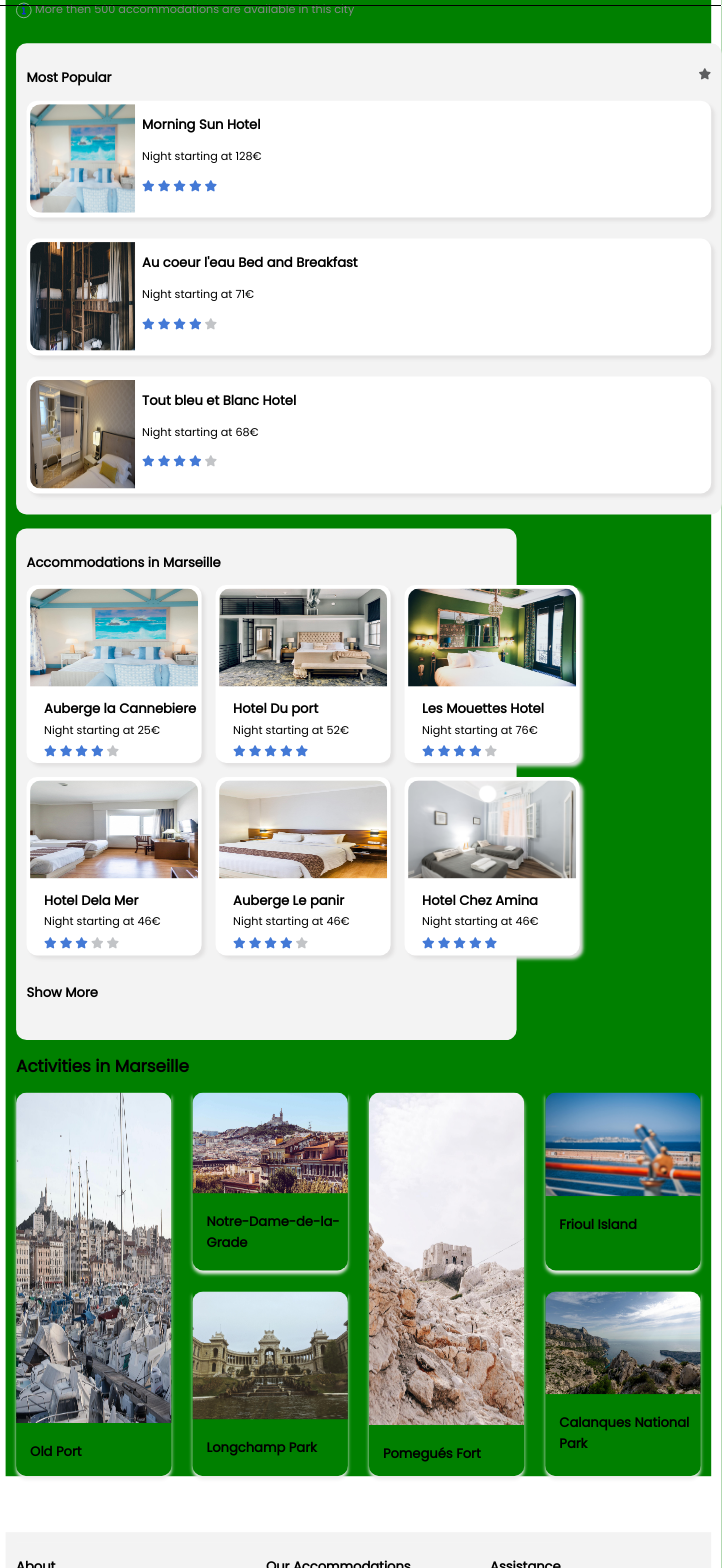
Repository: ailahin/booki
Page: index.html
An editor plug-in stored every save of this project. The page is shown before and after the next save, followed by the edit.
The browser window is 1024 px wide. The page is 1031 px wide, so the pictures cover 1031 px, including what lies to the right of the window. The pictures show the part of the page from y = 357 to 2597 px (the page is 2774 px tall), at 70% of full size.
Some web fonts or font styles are not loaded; a fallback is used. Some web libraries are served in a nearby version.

Above is the page before, as saved 2023-07-19 03:33:03.

### index.html
<!DOCTYPE html>
<html lang="en">
<head>
    <meta charset="UTF-8">
    <meta http-equiv="X-UA-Compatible" content="IE=edge">
    <meta name="viewport" content="width=device-width, initial-scale=1.0">
    <title>Booki</title>
    <link rel="stylesheet" href="css/index.css">
    <link rel="stylesheet" href="https://fonts.googleapis.com/css?family=Poppins|Sofia|Trirong">

    <!-- Google fronts -->
    <link rel="preconnect" href="https://fonts.googleapis.com">
    <link rel="preconnect" href="https://fonts.gstatic.com" crossorigin>
    <link href="https://fonts.googleapis.com/css2?family=Poppins&display=swap" rel="stylesheet">

    <script src="https://kit.fontawesome.com/a5dfdf2455.js" crossorigin="anonymous"></script>

</head>
<body>
    <header class="body">
        <nav>
            <div class="navbar">
                <div class="booki">
                    <img src="images/logo/Booki.png" alt="">
                </div>

                <div class="nav-flex">
                    <div id="nav-accommodation-text">
                        <a href="">Accommodations</a>
                     </div>
                     <div id="nav-activities-text" class="activities">
                         <a href=""> Activities</a>
                     </div>
               </div>
            </div>
        </nav>
    </header>

   <main class="body">
    <section>
        <div>
            <h3 class="dream-vacation">Find  a place for your dream vacation</h3>
        <p class="downtown"> Downtown or in nature</p>
        </div>

        <div class="search-bar">
            <div class="search-icon"> <i class="fa-solid fa-location-dot"></i> </div>
            <div class="search-place">
                <div class="placeholder">
                <input type="search" name="marseille, France" placeholder="Marseille, France" id="marseille">
            </div>
        </div>
            <div class="search-btn">Search</div>
        </div>

        <div>
            <div class="filters-bar">


                <div class="filters">
                    <div class="filters-text">
                        <H4>Filters</H4>
                    </div>
                    <div class="cost">
                        <div class="filters-icon"> <i class="fa-solid fa-money-bill-wave" style="color: #192fd7;"></i></div>
                        <div class="icon">Low cost</div>
                    </div>

                       <div class="cost">
                        <div class="filters-icon"> <i class="fa-solid fa-person" style="color: #192fd7;"></i></div>
                        <div class="icon">Family Friendly</div>
                       </div>

                       <div class="cost">
                        <div class="filters-icon"> <i class="fa-solid fa-heart" style="color: #192fd7;"></i></div>
                        <div class="icon">Romantic</div>
                       </div>

                       <div class="cost">
                        <div class="filters-icon"> <i class="fa-solid fa-dog" style="color: #192fd7;"></i></div>
                        <div class="icon">Pets Allowed</div>
                       </div>


                </div>
            </div>

           <div>
            <div class="info">
                <div >
                    <i class="fa-solid fa-info" style="color: #192fd7;"></i>
                </div>

                <div>
                    <p> More then 500 accommodations are available in this city</p>
                </div>
            </div>
           </div>
        </div>


    </section>
    <section class="accomodations-details">

        <section class="all-accomodations" >

            <div>
                <h3>Accommodations in Marseille</h3>
            </div>

            <div class="all-accomodations-details">

                <div class="details-container">
                    <div>
                        <img src="images/hebergements/2_large/annie-spratt-Eg1qcIitAuA-unsplash.jpg" alt="">

                    </div>
                    <div class="details-text">
                        <h3>
                            Auberge la Cannebiere
                        </h3>
                        <div>
                            <p>
                                Night starting at 25€
                            </p>
                        </div>
                        <div>
                            <i class="fa-solid fa-star" style="color: #4379d6;"></i>
                            <i class="fa-solid fa-star" style="color: #4379d6;"></i>
                            <i class="fa-solid fa-star" style="color: #4379d6;"></i>
                            <i class="fa-solid fa-star" style="color: #4379d6;"></i>
                            <i class="fa-solid fa-star" style="color: #c2c4c7;"></i>
                        </div>
                    </div>
                </div>

                <div class="details-container">
                    <div><img src="images/hebergements/2_large/aw-creative-VGs8z60yT2c-unsplash.jpg" alt=""></div>
                    <div class="details-text">
                        <h3>Hotel Du port </h3>

                        <div>
                            <p>   Night starting at 52€ </p>
                        </div>
                        <div>
                            <i class="fa-solid fa-star" style="color: #4379d6;"></i>
                            <i class="fa-solid fa-star" style="color: #4379d6;"></i>
                            <i class="fa-solid fa-star" style="color: #4379d6;"></i>
                            <i class="fa-solid fa-star" style="color: #4379d6;"></i>
                            <i class="fa-solid fa-star" style="color: #4379d6;"></i>

                        </div>
                    </div>
                </div>
                <div class="details-container">
                    <div><img src="images/hebergements/2_large/emile-guillemot-Bj_rcSC5XfE-unsplash.jpg" alt=""></div>
                    <div class="details-text">
                        <h3> Les Mouettes Hotel</h3>

                        <div>
                            <p>
                                Night starting at 76€
                            </p>
                            <div>
                                <i class="fa-solid fa-star" style="color: #4379d6;"></i>
                                <i class="fa-solid fa-star" style="color: #4379d6;"></i>
                                <i class="fa-solid fa-star" style="color: #4379d6;"></i>
                                <i class="fa-solid fa-star" style="color: #4379d6;"></i>
                                <i class="fa-solid fa-star" style="color: #c2c4c7;"></i>
                            </div>
                        </div>
                    </div>
                </div>
                <div class="details-container">
                    <div><img src="images/hebergements/2_large/febrian-zakaria-M6S1WvfW68A-unsplash.jpg" alt=""></div>

                    <div class="details-text">
                        <h3>
                                Hotel Dela Mer
                        </h3>
                        <div>
                            <p> Night starting at 46€</p>
                        </div>
                        <div>
                            <i class="fa-solid fa-star" style="color: #4379d6;"></i>
                            <i class="fa-solid fa-star" style="color: #4379d6;"></i>
                            <i class="fa-solid fa-star" style="color: #4379d6;"></i>

                            <i class="fa-solid fa-star" style="color: #c2c4c7;"></i>
                            <i class="fa-solid fa-star" style="color: #c2c4c7;"></i>
                        </div>
                    </div>
                </div>
                <div class="details-container">
                    <div><img src="images/hebergements/2_large/febrian-zakaria-sjvU0THccQA-unsplash.jpg" alt=""></div>

                    <div class="details-text">
                        <h3>Auberge Le panir</h3>
                    </div>
                    <div class="details-text">
                        <p > Night starting at 46€ </p>
                    </div>
                    <div class="details-text">
                        <i class="fa-solid fa-star" style="color: #4379d6;"></i>
                        <i class="fa-solid fa-star" style="color: #4379d6;"></i>
                        <i class="fa-solid fa-star" style="color: #4379d6;"></i>
                        <i class="fa-solid fa-star" style="color: #4379d6;"></i>

                        <i class="fa-solid fa-star" style="color: #c2c4c7;"></i>

                    </div>


                </div>
                <div class="details-container">
                    <div><img src="images/hebergements/2_large/fred-kleber-gTbaxaVLvsg-unsplash.jpg" alt=""></div>

                    <div class="details-text">
                        <h3>Hotel Chez Amina</h3>
                        <div>
                            <p>Night starting at 46€</p>
                        </div>
                        <div>
                            <i class="fa-solid fa-star" style="color: #4379d6;"></i>
                            <i class="fa-solid fa-star" style="color: #4379d6;"></i>
                            <i class="fa-solid fa-star" style="color: #4379d6;"></i>
                            <i class="fa-solid fa-star" style="color: #4379d6;"></i>
                            <i class="fa-solid fa-star" style="color: #4379d6;"></i>

                        </div>
                    </div>


                </div>


            </div>

            <div class="show-more">
                <h3>Show More</h3>
            </div>

        </section>

        <section class="most-popular">

            <div class="most-popular-icon">
                <h3>
                    Most Popular
                </h3>
                <p>
                    <i class="fa-solid fa-star" style="color: #5d5e60" > </i>
                </p>


            </div>

            <div class="most-popular-details">
                <div class="popular-details-container">
                    <div>
                        <img src="images/hebergements/2_large/annie-spratt-Eg1qcIitAuA-unsplash.jpg" alt="">
                    </div>
                    <div class="popular-details-text">
                        <h3>Morning Sun Hotel</h3>
                        <p>Night starting at 128€</p>
                        <div>
                            <div>
                                <i class="fa-solid fa-star" style="color: #4379d6;"></i>
                                <i class="fa-solid fa-star" style="color: #4379d6;"></i>
                                <i class="fa-solid fa-star" style="color: #4379d6;"></i>
                                <i class="fa-solid fa-star" style="color: #4379d6;"></i>
                                <i class="fa-solid fa-star" style="color: #4379d6;"></i>

                            </div>
                        </div>
                    </div>
                </div>
                <div class="popular-details-container" >
                    <div>
                        <img src="images/hebergements/2_large/nicate-lee-kT-ZyaiwBe0-unsplash.jpg" alt="">
                    </div>
                    <div class="popular-details-text">
                        <h3>Au coeur l'eau Bed and Breakfast</h3>
                        <p>Night starting at 71€</p>
                        <div>
                            <i class="fa-solid fa-star" style="color: #4379d6;"></i>
                            <i class="fa-solid fa-star" style="color: #4379d6;"></i>
                            <i class="fa-solid fa-star" style="color: #4379d6;"></i>
                            <i class="fa-solid fa-star" style="color: #4379d6;"></i>
                            <i class="fa-solid fa-star" style="color: #c2c4c7;"></i>

                        </div>
                    </div>
                </div>
                <div class="popular-details-container">
                    <div>
                        <img src="images/hebergements/2_large/reisetopia-B8WIgxA_PFU-unsplash.jpg" alt="">
                    </div>
                    <div class="popular-details-text">
                        <h3>Tout bleu et Blanc Hotel</h3>
                        <p>Night starting at 68€</p>
                        <div>
                            <i class="fa-solid fa-star" style="color: #4379d6;"></i>
                            <i class="fa-solid fa-star" style="color: #4379d6;"></i>
                            <i class="fa-solid fa-star" style="color: #4379d6;"></i>
                            <i class="fa-solid fa-star" style="color: #4379d6;"></i>
                            <i class="fa-solid fa-star" style="color: #c2c4c7;"></i>

                        </div>
                    </div>
                </div>

            </div>



        </section>

    </section>

    <section>
        <div>
            <h1> Activities in Marseille</h1>
        </div>
        <div>
            <div class="activites-images">
                <div class="activites-container" id="one">
                  <div>
                    <img src="images/activites/2_large/reno-laithienne-QUgJhdY5Fyk-unsplash.jpg " alt="">
                  </div>

                  <div class="text-container">
                    <h3>Old Port</h3>
                </div>
                </div>
                <div class="activites-container" id="two">
                    <div>
                        <img src="images/activites/2_large/florian-wehde-xW9e8gdotxI-unsplash.jpg" alt="">
                    </div>
                    <div class="text-container">
                        <h3>Notre-Dame-de-la-Grade</h3>
                    </div>
                </div>
                <div  class="activites-container" id="three">
                    <div>
                        <img src="images/activites/2_large/lena-paulin-wH2-EJoDcV0-unsplash.jpg" alt="">
                    </div>
                    <div class="text-container">
                        <h3>Longchamp Park </h3>
                    </div>
                 </div>
                <div class="activites-container" id="four">
                    <div>
                        <img src="images/activites/2_large/paul-hermann-QFTrLdQIRhI-unsplash.jpg" alt="">
                    </div>

                    <div class="text-container">
                        <h3>Pomegués Fort</h3>
                    </div>
                </div>
                <div class="activites-container" id="five">
                   <div>
                    <img src="images/activites/2_large/kevin-hikari-rV_Qd1l-VXg-unsplash.jpg " alt="">
                   </div>
                   <div class="text-container">
                    <h3> Frioul Island </h3>
                   </div>
                </div>
                <div class="activites-container" id="six">
                    <div>
                        <img src="images/activites/2_large/kilyan-sockalingum-NR8-cBCN3aI-unsplash.jpg" alt="">
                    </div>

                    <div class="text-container">
                        <h3>Calanques National Park</h3>
                    </div>
                </div>
            </div>
        </div>
    </section>
   </main>

    <footer class="footer-main">
        <section>
            <div class="footer">
                <div class="about">
                    <h3> About</h3>
                    <p> Site Map</p>
                    <p>General Terms and Conditions  </p>
                    <p>Data and Privacy </p>


                </div>
                <div class="accommodations">
                    <h3> Our Accommodations</h3>
                    <p>Quality Assistant</p>
                    <p>You have a hotel ?</p>

                </div>

                <div class="assistance">
                        <h3>
                            Assistance
                        </h3>

                        <p>Help Desk</p>
                        <p>Contact Us</p>
                </div>
            </div>
        </section>

    </footer>

</body>
</html>

### css/index.css
.body{
    font-family: "poppins", sans-serif;
    padding-left: 15px;
    padding-right: 15px;
}
.navbar{
    display: flex;
    flex-direction: row;
    justify-content:space-between;
    align-items: center;
}

.nav-flex{
    display:flex;
    padding-left: 20px;
    padding-right: 20px;
    justify-content:space-around;
}
.nav-flex a{
    text-decoration: none;
}
.nav-flex a:hover{
    border-top: 2px solid blue;
    color: blue;
    padding-top: 30px;


}
.dream-vacation{

}
.downtown{
    color: rgb(80, 79, 79);

}
.activities{
    margin-left: 100px;
}

.search-bar{
    display:flex;
    align-items: center;


}
.search-icon{
    display: flex;
    background-color: rgb(232, 233, 234);
    height:38px;
    width: 38px;
    align-items: center;
    justify-content: center;
    border-radius: 10px 0 0 10px;

}
.placeholder input{
   height: 38px;
   border-left: 0px;
   border-right: 0px;
   border: 1px solid rgb(220, 218, 218);
   padding: 10px;
}
.placeholder{


}

 .search-place{


 }



.search-btn{
    background-color: rgb(58, 92, 227);
    color:white;
    height: 22px;
    padding:8px;
    border-radius: 0  10px 10px 0;
}
.filters-bar{
    margin-top: 20px;

}

.cost{
    display: flex;
    border: 1px solid;
    border-left: 0px;
   border-color: rgb(220, 215, 215);
   height: 40px;
   width: 190px;
   align-items: center;
   gap: 20px;
   border-radius: 20px;
}
.filters-icon{
    display: flex;
    background-color: rgb(171, 217, 233);
    height:42px ;
    width: 42px;
    align-items: center;
    border-radius: 100%;
    justify-content: center;
}
.filters{
    display: flex;
    gap: 20px;
}
.filters-text{
   display: flex;
   height: 38px;
   align-items: center;
}

.fa-info{
    display: flex;
    border: 1px rgb(193, 200, 207) solid;
    border-radius: 100%;
    width: 20px;
    height: 20px;
    align-items: center;
    justify-content: center;
}
.info{
    display: flex;
    align-items: center;
    text-align: center;
    gap:5px;
    margin-top: 30px;
}
.info p{
    color: rgb(133, 135, 137);
}

.accomodations-details{
    display: flex;
}
.all-accomodations{
    width: 66%;
    background-color:rgb(243, 243, 243);
    padding: 15px;
    margin-top: 20px;
    margin-right: 20px;
    border-radius: 15px;
}

.show-more{
    padding-top: 20px;
    padding-bottom: 20px;
}
.most-popular{
    width: 34%;
    background-color:rgb(243, 243, 243);
    padding:15px;
    margin-top: 20px;
    border-radius: 15px;
    padding-bottom: 30px;

}
.most-popular-icon{
    display: flex;
    justify-content: space-between;

}
.all-accomodations-details img{
    width: 240px;
    height: 140px;
    border-top-left-radius: 15px;
    border-top-right-radius: 15px;

}
.all-accomodations-details{
   display: grid;
   grid-template-columns: repeat(3, 1fr);
   gap: 20px;

}

.details-container{
    background-color:white;
    padding: 5px;
    border-radius: 15px;
    box-shadow: 5px 5px 5px 0px rgb(226, 225, 225);


}

.details-text {
margin-left: 20px;
line-height: .3cm;
margin-bottom: 5px;


}
.most-popular-details{
    display: grid;
    grid-template-rows: repeat(3, 1fr);
    gap:30px;


}
.popular-details-container img{
    width:150px;
    height: 155px;
    border-top-left-radius: 15px;
    border-bottom-left-radius: 15px;
    margin-top: 2px;
    margin-left: 2px;

}
.popular-details-container{
    display: flex;
    background-color:white;
    padding-top: 3px;
    padding-left: 3px;
    border-radius: 15px;
    box-shadow: 5px 5px 5px 0px rgb(226, 225, 225);
}
.popular-details-text{
    margin-left: 10px;
    line-height: .7cm;

}

.activites-images img{
    width: 100%;
    border-top-left-radius: 15px;
    border-top-right-radius: 15px;



  }

  .activites-images {
    display: grid;
    grid-template-columns: repeat(4, 1fr);
    gap: 30px;
    margin-bottom: 80px;

  }

  .activites-container{
    box-shadow: 0px 5px 5px 0px rgb(239, 238, 238);
    border-bottom-left-radius: 15px;
    border-bottom-right-radius: 15px;
  }


#one{
    grid-row: 1/3;
    grid-row: 1 / 3;

}

#one img{

    height: 472px;

}

.text-container{

    margin-left: 20px;

}

#two{

}
#three{
    grid-column: 2/3;
    grid-row:2/3 ;
}
#three img{
   height: 183px;

}
#four {
    grid-row: 1/3;
    border-top-right-radius: 15px;
}

#four img {

    height: 475px;
}

#five{
    grid-column: 4/5;
    grid-row:1/2 ;
}
#six{
    grid-column: 4/5;
    grid-row:2/3 ;
}

.footer{
    display: flex;
    justify-content: space-between;
    background-color:rgb(243, 243, 243);
    font-family: "poppins", sans-serif;
    margin-right: 200px;
}
.footer p{
    color: rgb(146, 145, 145);
}
.footer-main{
    background-color:rgb(243, 243, 243);
    padding: 15px;

}



 @media only screen and (max-width: 400px){
    .nav-flex{

    }
    .nav-flex a:hover{
        border-bottom: 2px solid blue;
        color: blue;
        padding-top: 1px;
        border-top: 2px white solid;
    }


    }








/* Extra small devices (phones, 600px and down) */
@media only screen and (max-width: 800px) {
    .navbar{
       display: flex;
       flex-wrap: wrap;
       justify-content: center;
       align-items: center;
       margin-bottom: 30px;


    };

    .nav-flex{

    }

    .filters {
        width: 100%;
        display:flex;
        flex-direction: column;
        flex-wrap:wrap;

    }
    .accomodations-details{
        display: flex;
        flex-direction:column-reverse;
        flex-wrap: wrap;
    }
    .all-accomodations{
        width: 100%;
        align-items: center;
        justify-content: center;

    }
    .all-accomodations-details{
        display: flex;
        flex-direction: row;
        flex-wrap: wrap;
        align-items: center;
        justify-content: center;

    }

    .most-popular{
        width: 100%;

    }


    .most-popular-details img{
        width:150px;
        height: 155px;
        border-top-left-radius: 15px;
        border-bottom-left-radius: 15px;
        margin-top: 2px;
        margin-left: 2px;

    }


.footer{
    display: flex;
    flex-direction: column;
}

.activites-images {
   display: flex;
   flex-direction: column-reverse;


}

  }



  /* Small devices (portrait tablets and large phones, 600px and up) */
  @media only screen and (min-width: 800px) and ( max-width: 1220px) {
    .body {background: green;}

    .accomodations-details{
        display: flex;
        flex-direction:column-reverse;
        flex-wrap: wrap;
    }
    .all-accomodations{
        width: 70%;
        align-items: center;
        justify-content: center;

    }

    .most-popular{
        width: 100%;

    }


    .most-popular-details img{
        width:150px;
        height: 155px;
        border-top-left-radius: 15px;
        border-bottom-left-radius: 15px;
        margin-top: 2px;
        margin-left: 2px;

    }




  }

  /* Medium devices (landscape tablets, 768px and up) */
  @media only screen and (max-width: 1000px) and ( min-width: 600px) {
    .accomodations-details{
        display: flex;
        flex-direction:column;
        flex-wrap: wrap;
    }


}

  /* Large devices (laptops/desktops, 992px and up) */
  @media only screen and (min-width: 992px) {


  }

  /* Extra large devices (large laptops and desktops, 1200px and up) */
  @media only screen and (min-width: 1200px) {


  }

After the next save:
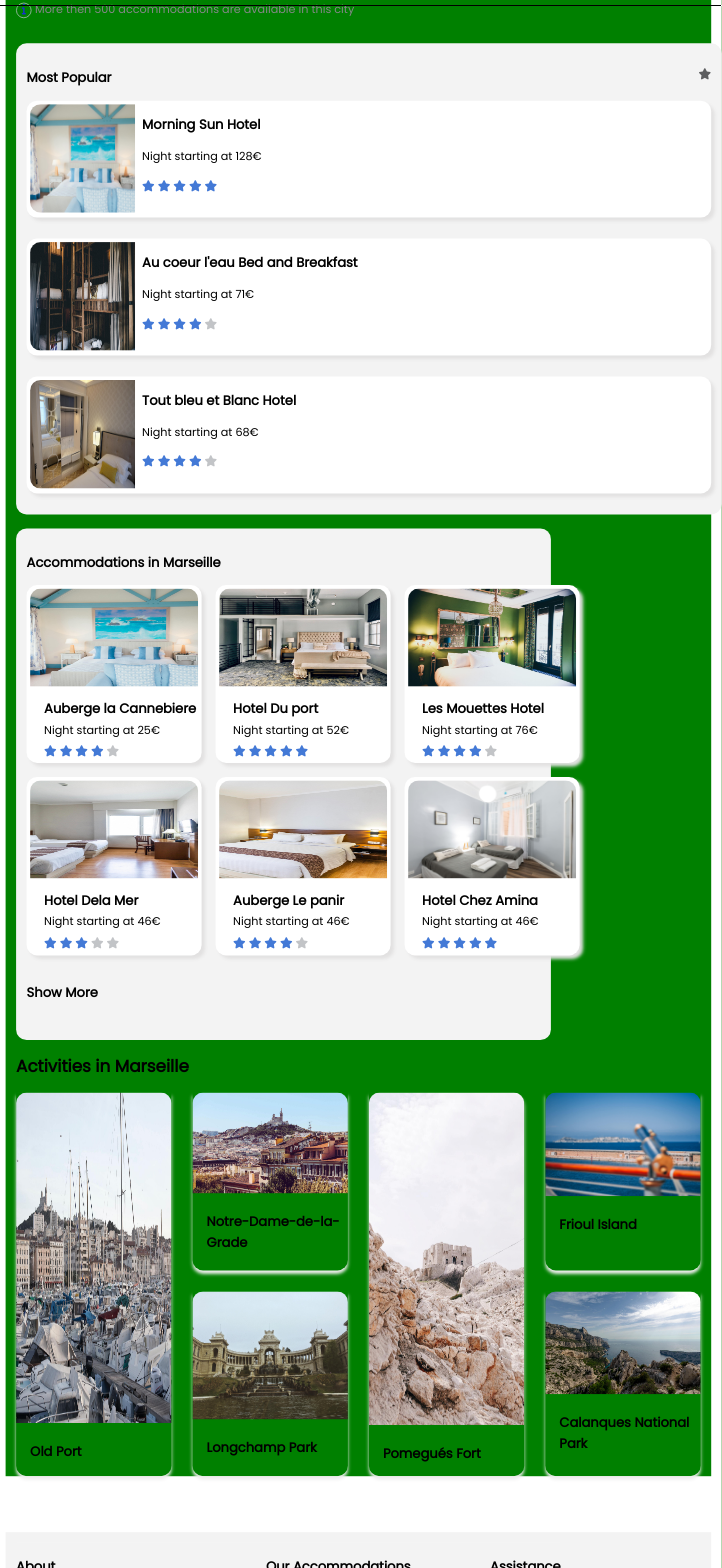
Saved 8 s later.
--- a/css/index.css
+++ b/css/index.css
@@ -421,7 +421,7 @@ margin-bottom: 5px;
         flex-wrap: wrap;
     }
     .all-accomodations{
-        width: 70%;
+        width: 75%;
         align-items: center;
         justify-content: center;
 
